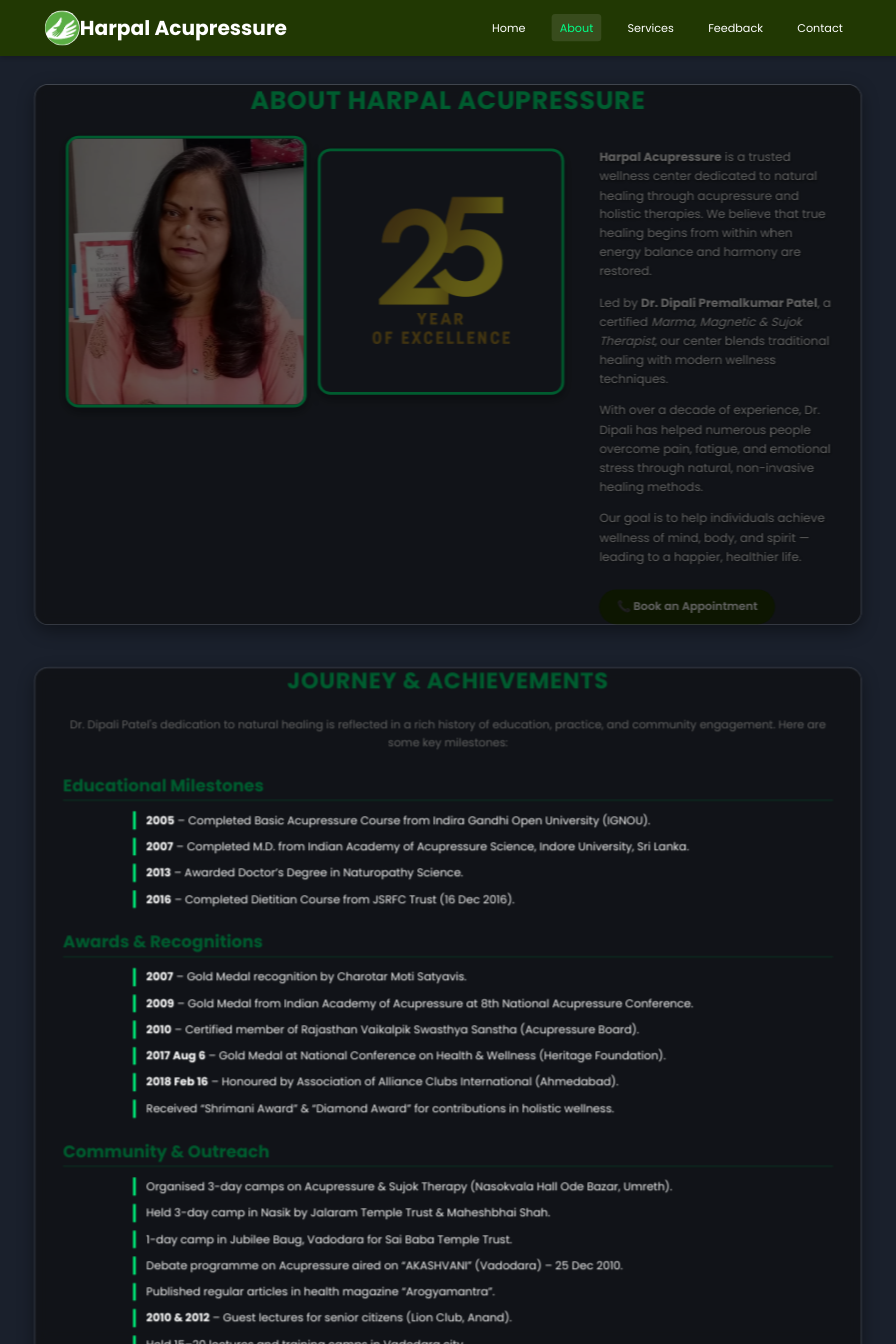
Repository: swasthiik/my-websites
Page: about.html
These files come from the project's save history. The page is drawn as it stood at one moment and after the next save; the edit follows.
The browser window is 1280 px wide. The pictures show the part of the page from y = 0 to 1920 px (the page is 4695 px tall before and 5045 px after), at 70% of full size.
Backgrounds fixed to the window are drawn as part of the page.

Above is the page before, as saved 2025-10-31 12:36:28.

After the next save:
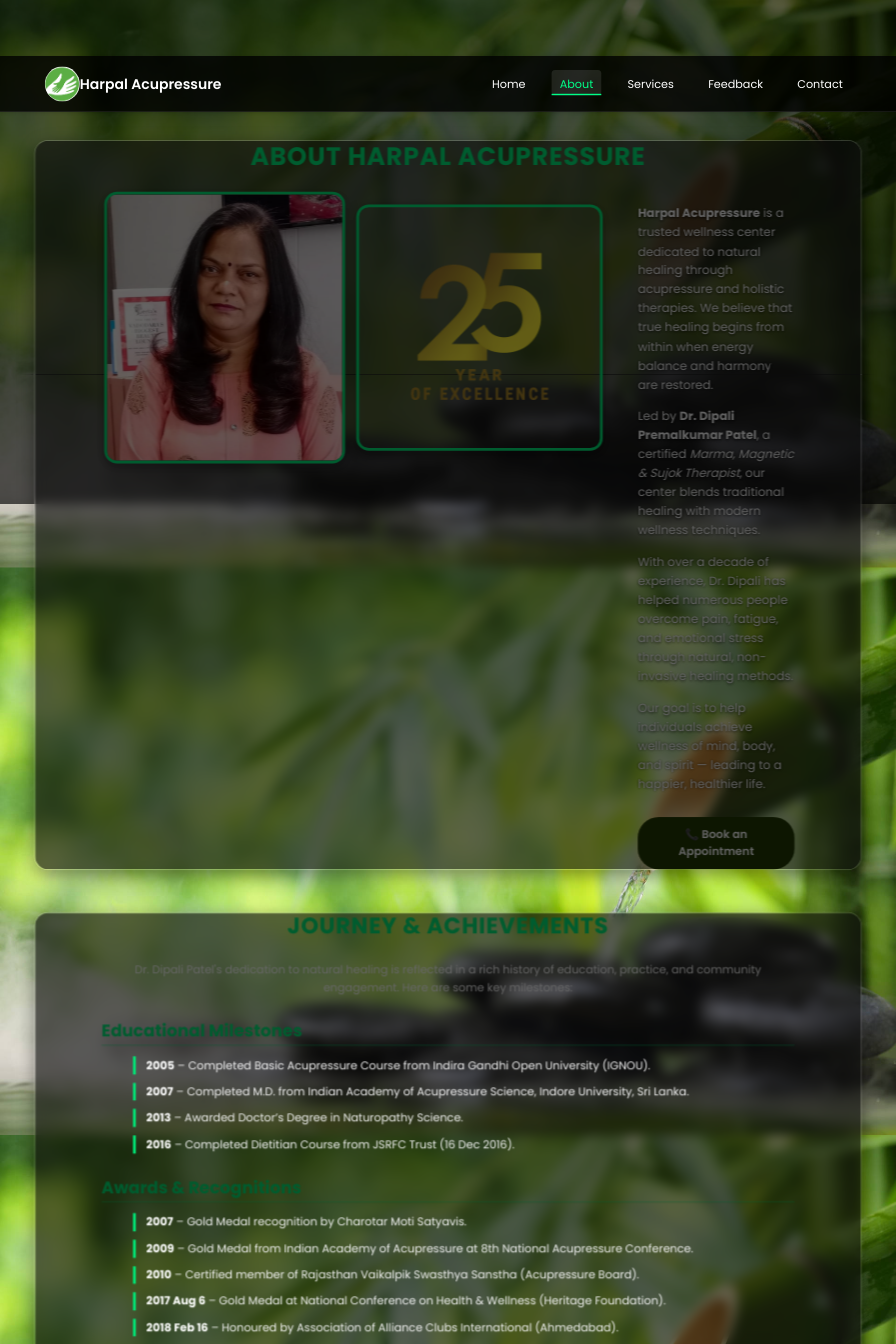
Saved 9 min 39 s later.
--- a/about.css
+++ b/about.css
@@ -5,10 +5,11 @@
   padding: 0;
   box-sizing: border-box;
 }
-
-body {
+*/
+
+body { /* This body selector applies to about.html because it's linked */
   font-family: 'Poppins', sans-serif;
-  background: url("images/background3.jpg") no-repeat center center fixed;
+  background: url("images/background3.jpg") no-repeat center center fixed; /* <-- UNCOMMENTED & CONFIRMED IMAGE */
   background-size: cover;
   color: #fff;
   line-height: 1.6;
@@ -31,7 +32,7 @@ body::before {
   padding: 0 5%;
 }
 
-.btn-primary {
+.btn-primary { /* Assuming this class might be used or is a placeholder for global btn styles */
   background: #00e676;
   color: #000;
   border-radius: 30px;
@@ -47,10 +48,11 @@ body::before {
   background: #00c853;
   transform: translateY(-2px);
 }
-*/
+
 
 /* ==== HEADER (Provided for context, assumes these are in style.css or a global file) ==== */
-/*
+/* Your header styles are likely in style.css or a shared stylesheet.
+   If you meant to have them specifically in about.css, they would look like: */
 header {
   background: rgba(0, 0, 0, 0.8);
   color: #fff;
@@ -92,7 +94,7 @@ header {
 .nav-menu a:hover::after {
   width: 100%;
 }
-*/
+
 
 /* ==== MOBILE MENU BUTTON (Crucial addition for mobile navigation consistency) ==== */
 /* These styles should ideally be in style.css if all pages use them.
